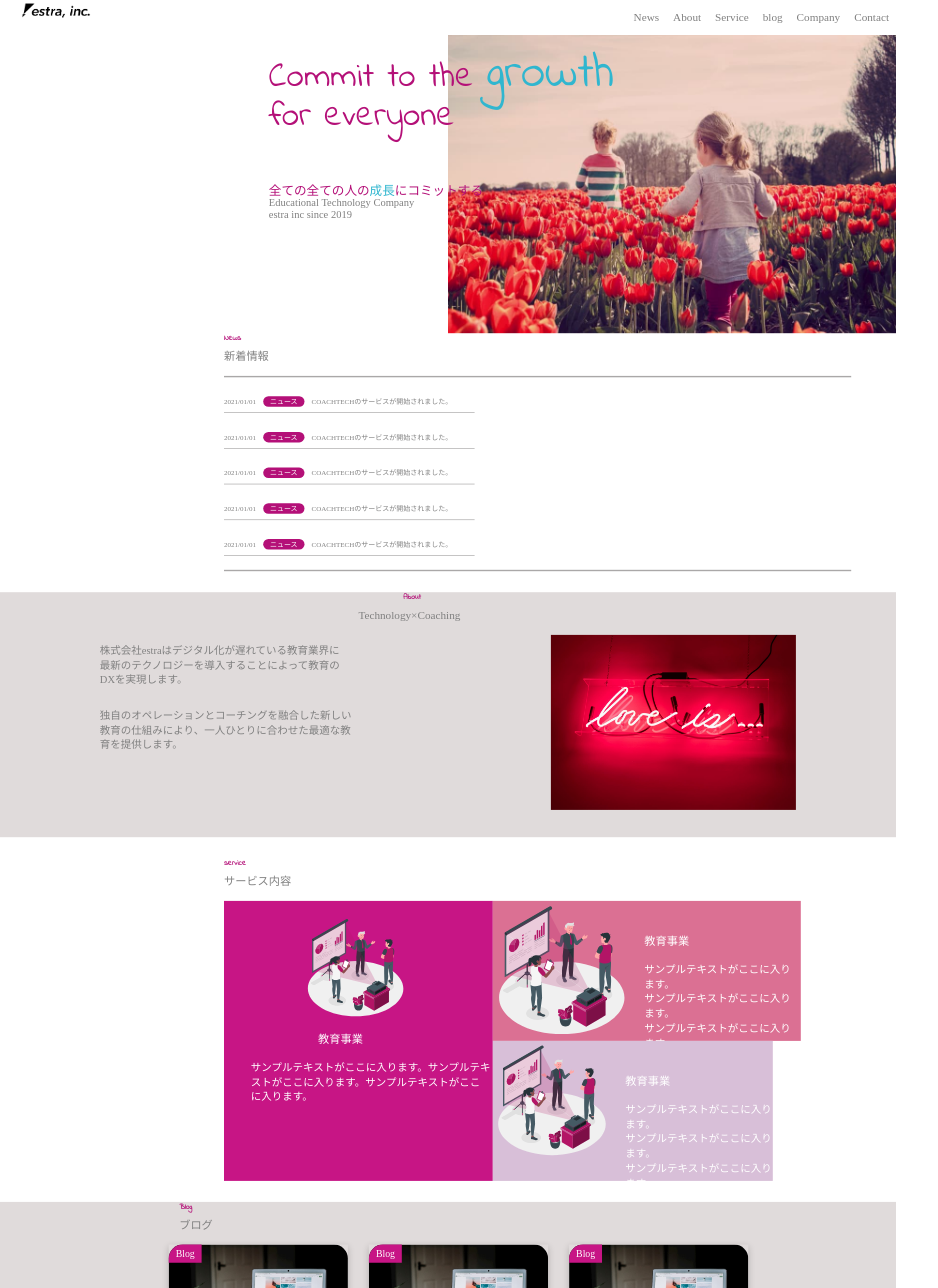
Repository: sigemasaasuka/20210902
Page: index.html
The author's editor kept a copy of each file at every save. The page is drawn from the files as they stood at one save, then again after a run of saves.
The browser window is 1280 px wide. The page is 1280 px wide, then 1340 px, so the pictures cover 1340 px, including what lies to the right of the window. The pictures show the part of the page from y = 0 to 1840 px (the page is 3297 px tall), at 70% of full size.

Above is the page before, as saved 2021-10-06 12:32:45.

After the next 4 saves:
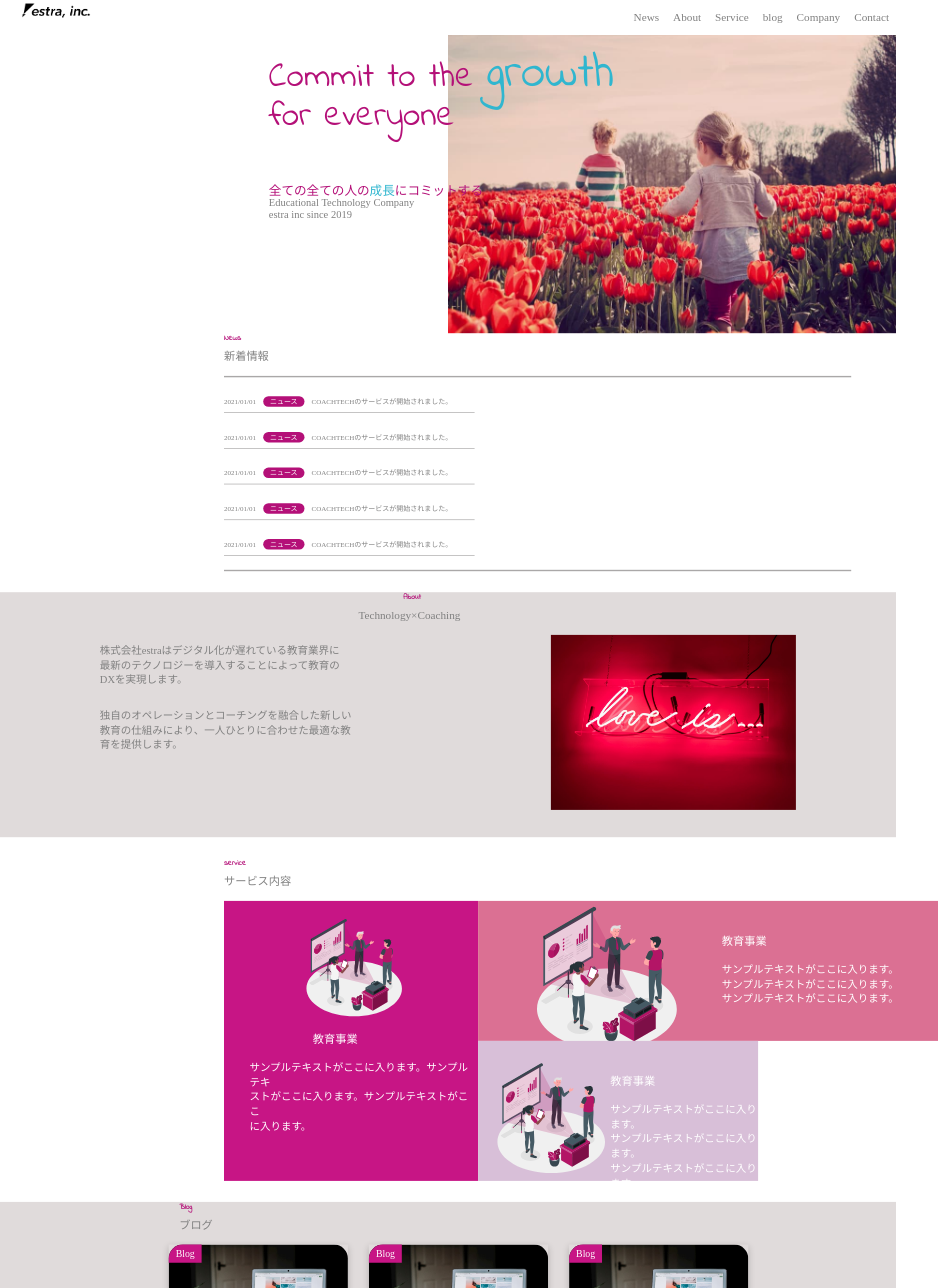
The 4 saves are shown as one change because they came seconds apart.
The last was saved 11 s later.
--- a/css/style.css
+++ b/css/style.css
@@ -208,13 +208,11 @@
   justify-content: space-around;
 }
 .colored3 {
-   display: flex;
+  display: flex;
   background-color: #db7093;
-    margin-top: 20px;
+  margin-top: 20px;
     width: 110%;
   height: 200px;
-}ht: 200px;
-}
 }
 
 .service__img1 {
